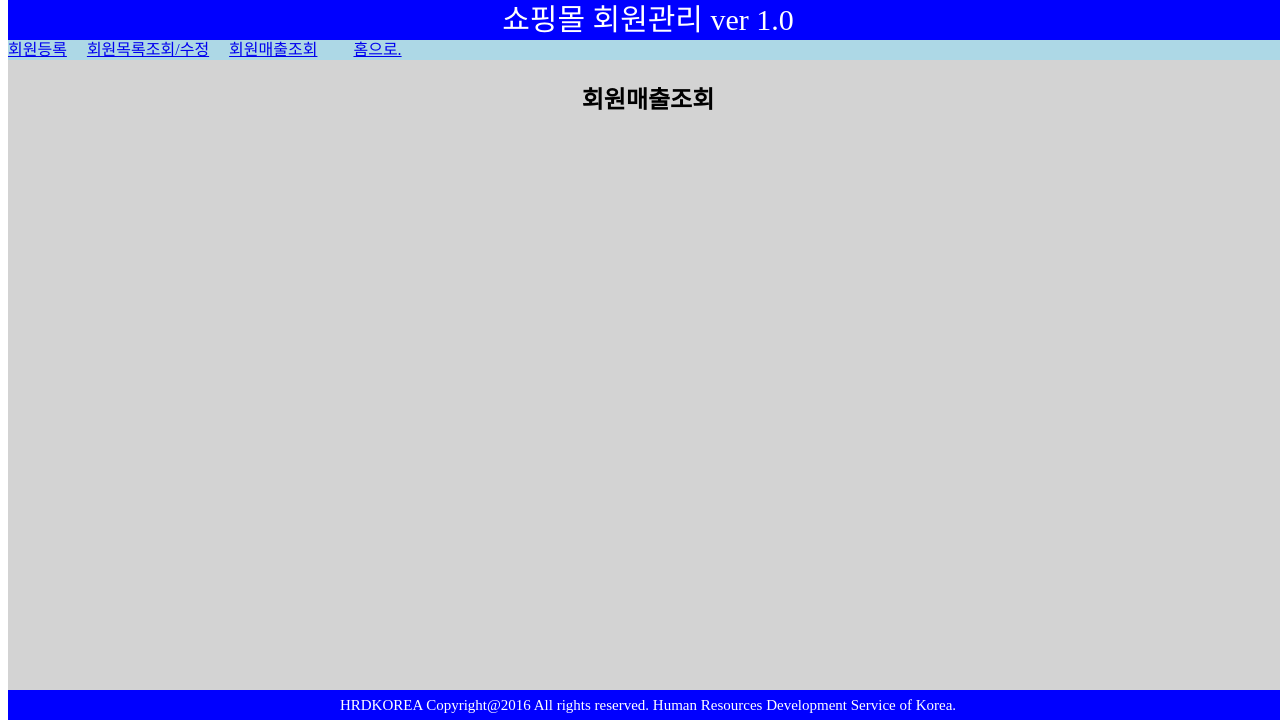
Repository: leesuyeon116/HRD_1
Page: http://localhost/HRD_0416/salary.jsp
An editor plug-in stored every save of this project. The page is shown before and after the next save, followed by the edit.
The browser window is 1280 px wide. The pictures show the whole page.
The page is served by Tomcat 9. Other server files are loaded and not shown.

Above is the page before, as saved 2024-04-17 05:20:41.

### HRD_0416/src/main/webapp/salary.jsp
<%@ page language="java" contentType="text/html; charset=UTF-8"
    pageEncoding="UTF-8"%>
<!DOCTYPE html>
<html>
<head>
<meta charset="UTF-8">
<title>salary</title>
</head>
<body>
<jsp:include page="header.jsp" />

<section style="position: fixed; top: 60px; width: 100%; height: 100%; background-color: lightgray">
    <h2 style="text-align: center;"><b>회원매출조회</b></h2><br>
</section>

<jsp:include page="footer.jsp" />
</body>
</html>

### HRD_0416/src/main/webapp/header.jsp
<%@ page language="java" contentType="text/html; charset=UTF-8" pageEncoding="UTF-8"%>
<!DOCTYPE html>
<html>
<head>
    <meta charset="UTF-8">
    <title>header</title>
</head>
<body>
    <header style="position: fixed; top: 0px; width: 100%; height: 40px; background-color: blue; color: white;
    text-align: center; line-height: 40px; font-size: 30px"> 쇼핑몰 회원관리 ver 1.0</header>

    <nav style="position: fixed; top: 40px; width: 100%; height: 20px; background-color: lightblue; color: white; line-height: 20px;">
        <a href="join.jsp">회원등록</a> &nbsp; &nbsp;
        <a href="list.jsp">회원목록조회/수정</a> &nbsp; &nbsp;
        <a href="salary.jsp">회원매출조회</a> &nbsp; &nbsp; &nbsp; &nbsp;
        <a href="index.jsp">홈으로.</a>
    </nav>
</body>
</html>

### HRD_0416/src/main/webapp/footer.jsp
<%@ page language="java" contentType="text/html; charset=UTF-8" pageEncoding="UTF-8"%>
<!DOCTYPE html>
<html>
<head>
    <meta charset="UTF-8">
    <title>footer</title>
</head>
<body>
    <footer style="position: fixed; bottom: 0px; width: 100%; height: 30px; background-color: blue; color: white;
    text-align: center; line-height: 30px; font-size: 15px;">
        HRDKOREA Copyright@2016 All rights reserved. Human Resources Development Service of Korea.
    </footer>
</body>
</html>

After the next save:
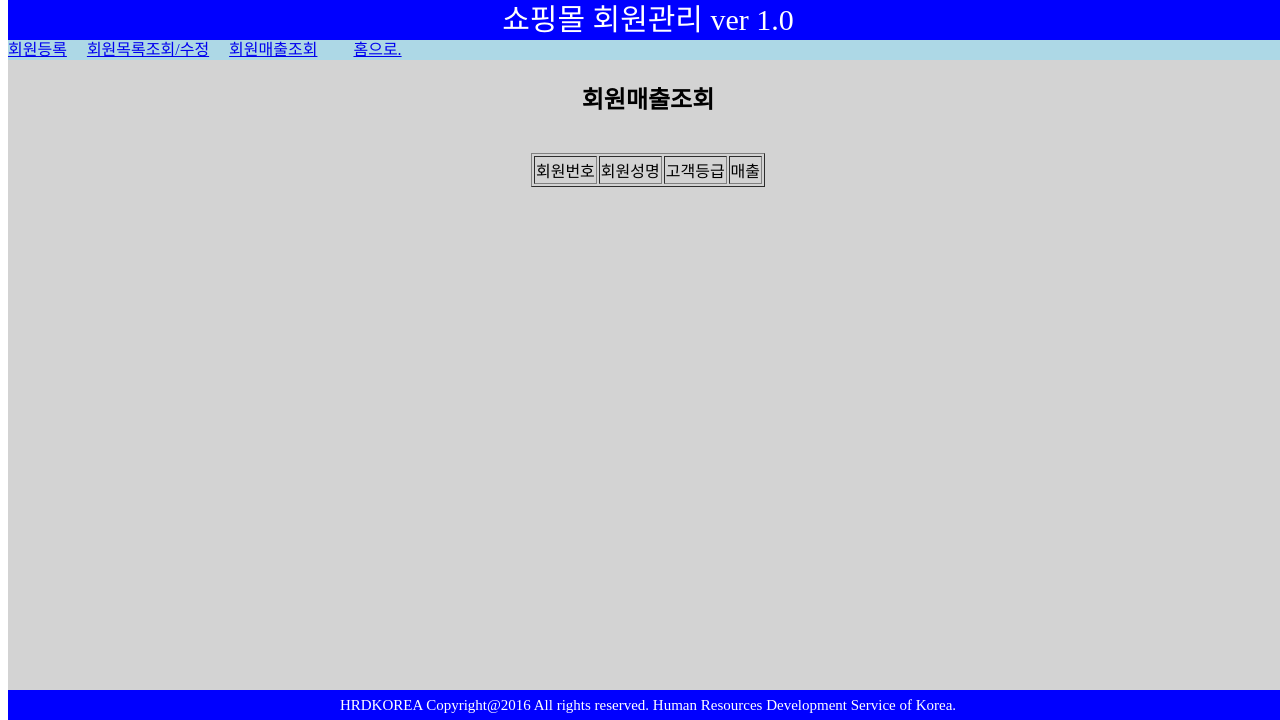
Saved 18 min 47 s later.
--- a/HRD_0416/src/main/webapp/salary.jsp
+++ b/HRD_0416/src/main/webapp/salary.jsp
@@ -11,6 +11,21 @@
 
 <section style="position: fixed; top: 60px; width: 100%; height: 100%; background-color: lightgray">
     <h2 style="text-align: center;"><b>회원매출조회</b></h2><br>
+
+    <form name="frm" style=" display: flex; align-items: center; justify-content: center; text-align: center">
+    <table border="1">
+    <tr>
+    	<td>회원번호</td>
+    	<td>회원성명</td>
+    	<td>고객등급</td>
+    	<td>매출</td>
+    </tr>
+
+    </table>
+    </form>
+
+
+
 </section>
 
 <jsp:include page="footer.jsp" />
